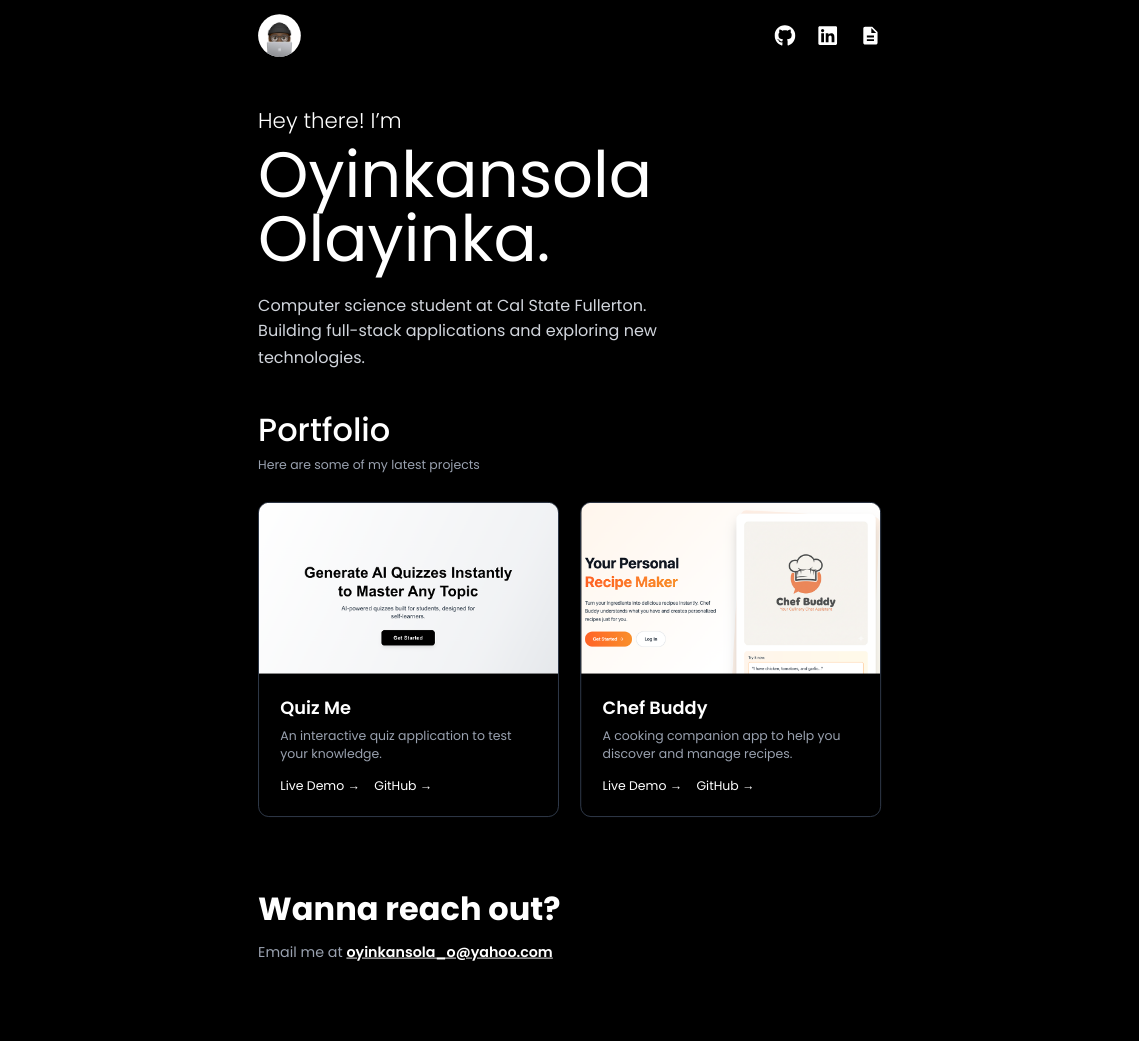
Repository: olasores/olasores-portfolio
Page: /
These files come from the project's save history. The page is drawn as it stood at one moment and after the next save; the edit follows.
The browser window is 1280 px wide. The pictures show the whole page, at 89% of full size.
The project was rebuilt for these pictures with package versions that can differ from the ones it lists, and the page was loaded fresh each time. The framework's server and built-in components were replaced by stand-ins that run in the browser. Also part of the build but not shown: next.config.ts.

Above is the page before, as saved 2025-11-11 13:19:30.

After the next save:
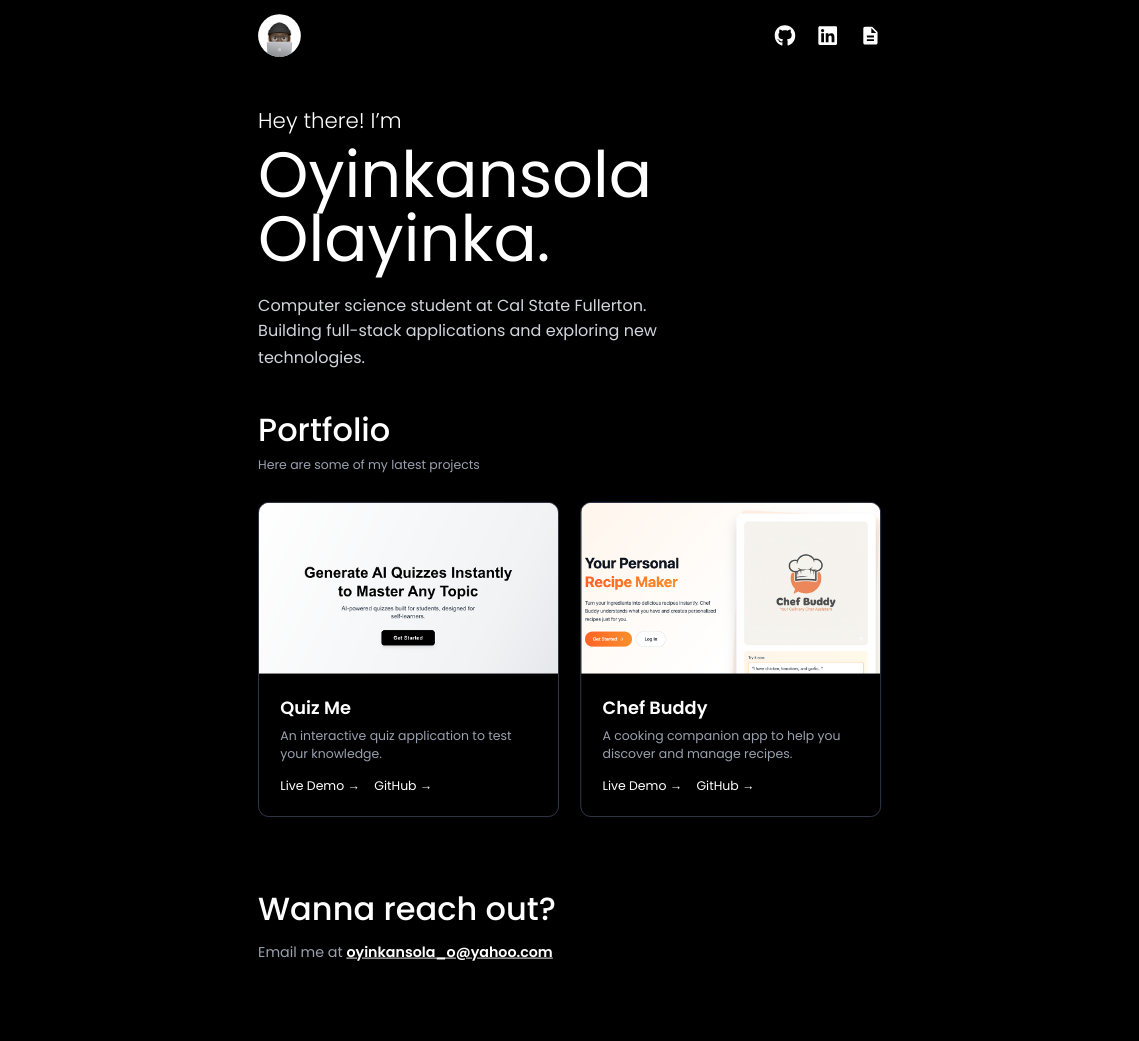
Saved 12 s later.
--- a/app/components/Contact.tsx
+++ b/app/components/Contact.tsx
@@ -4,7 +4,7 @@ export default function Contact() {
             <div className="max-w-[700px] w-full flex flex-col gap-8">
                 {/* Section Title */}
                 <div>
-                    <h2 className="text-3xl md:text-4xl font-bold text-white mb-4">
+                    <h2 className="text-3xl md:text-4xl font-medium text-white mb-4">
                         Wanna reach out?
                     </h2>
                     <p className="text-gray-400 text-base mb-6">
